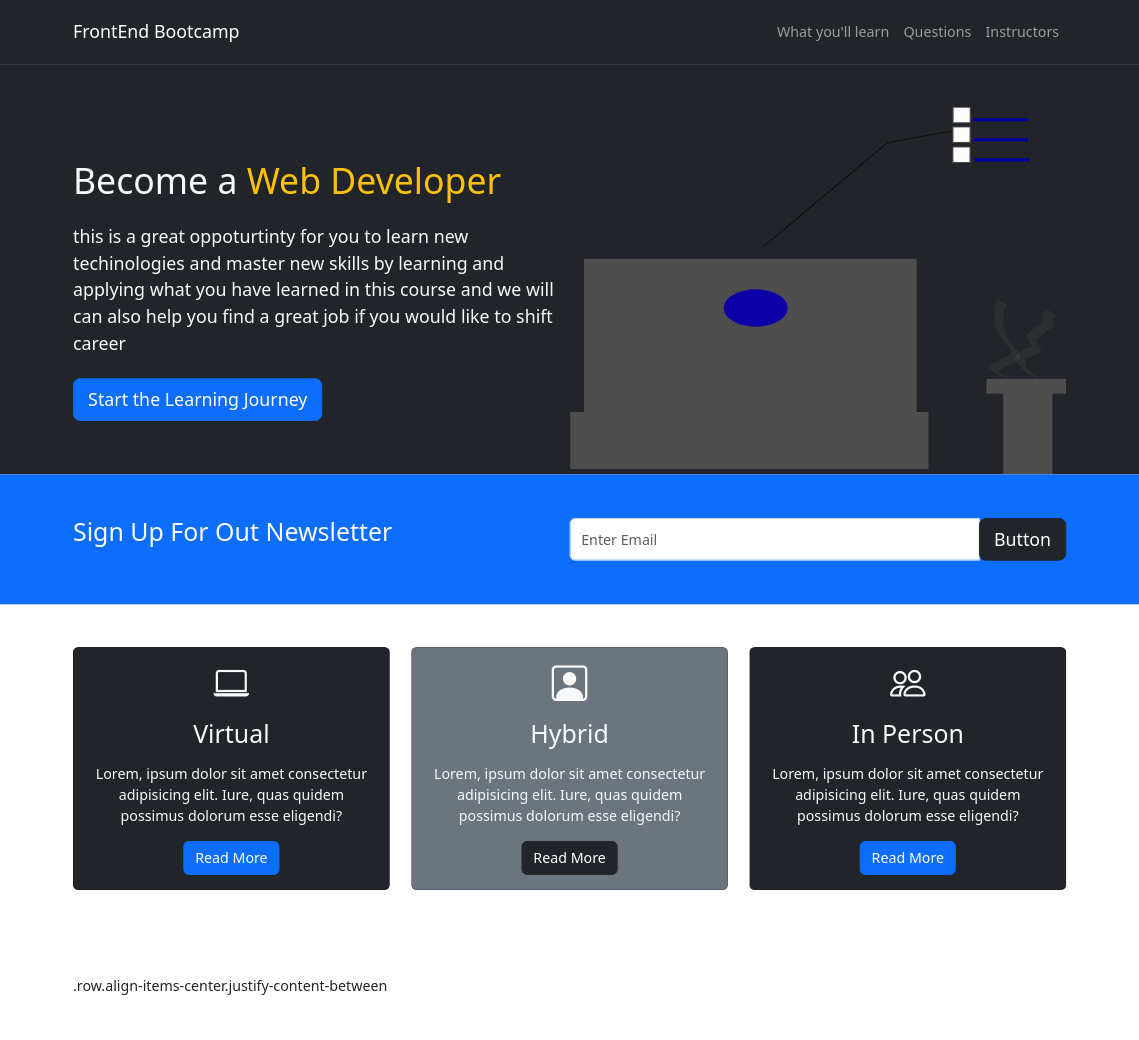
Repository: HaziimYassien/Front-End-BootCamp-__BootStrap-Project
Page: Front End BootCamp2/index.html
The author's editor kept a copy of each file at every save. The page is drawn from the files as they stood at one save, then again after the next save.
The browser window is 1280 px wide. The pictures show the whole page, at 89% of full size.
Some web libraries are served in a nearby version.

Above is the page before, as saved 2024-01-12 03:39:56.

After the next save:
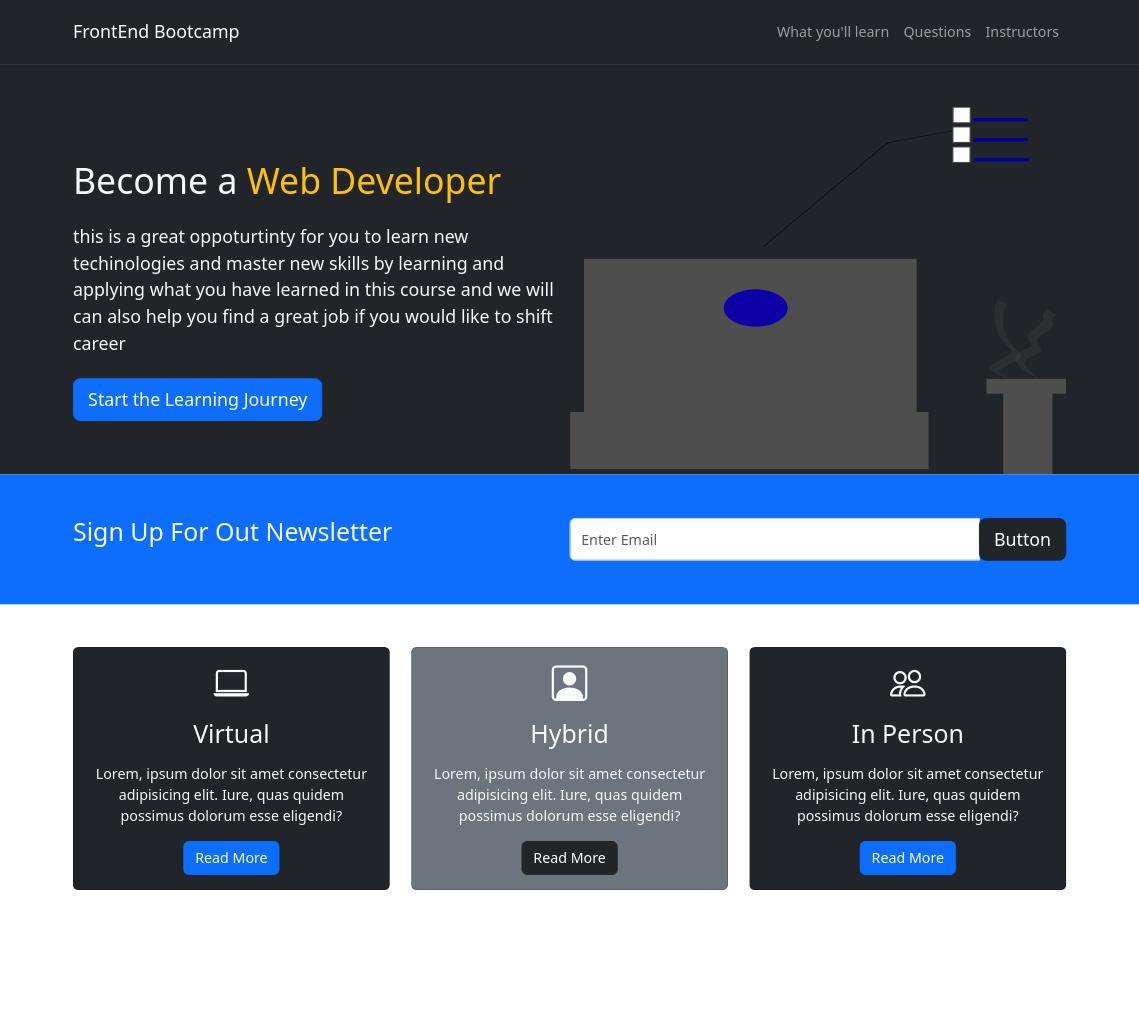
Saved 8 s later.
--- a/Front End BootCamp2/index.html
+++ b/Front End BootCamp2/index.html
@@ -147,7 +147,7 @@
     <!-- START _LearnSection -->
     <section id="learn" class="p-5">
       <div class="container">
-        .row.align-items-center.justify-content-between
+        <div class="row align-items-center justify-content-between"></div>
       </div>
     </section>
     <script
